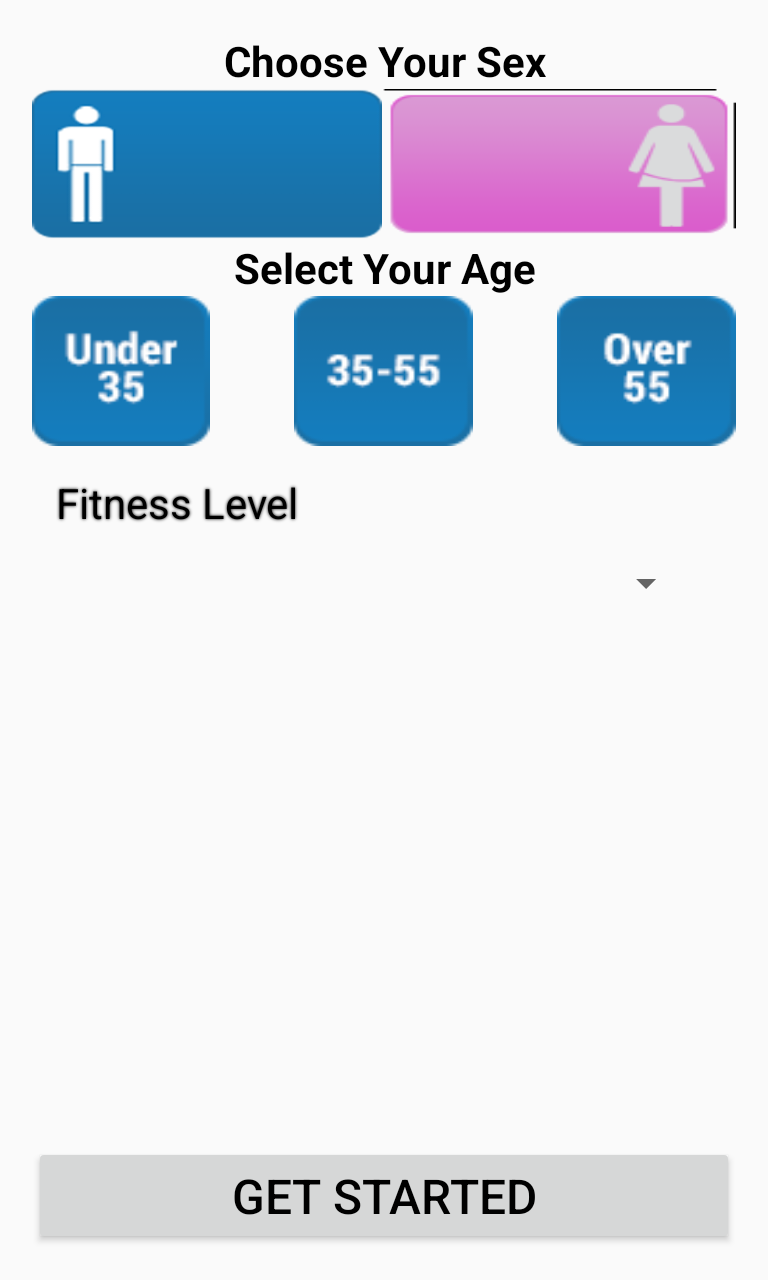
Repository: hackathon-2014/devdroid-repo
Layout: HealthyCompetition/res/layout/profile.xml
An editor plug-in stored every save of this project. The layout is shown before and after the next save, followed by the edit.
It is drawn on a 768 x 1280 px phone screen (xhdpi) without system bars, with theme AppTheme; the app's code is not run.

Above is the layout before, as saved 2014-08-24 00:53:45.

### HealthyCompetition/res/layout/profile.xml
<RelativeLayout xmlns:android="http://schemas.android.com/apk/res/android"
    xmlns:tools="http://schemas.android.com/tools"
    android:layout_width="match_parent"
    android:layout_height="match_parent"
    android:orientation="vertical"
    android:paddingBottom="@dimen/activity_vertical_margin"
    android:paddingLeft="@dimen/activity_horizontal_margin"
    android:paddingRight="@dimen/activity_horizontal_margin"
    android:paddingTop="@dimen/activity_vertical_margin"
    tools:context="com.devdroid.healthycomptest.Profile" >

    <TextView
        android:id="@+id/sex_title"
        android:layout_width="match_parent"
        android:layout_height="wrap_content"
        android:layout_centerHorizontal="true"
        android:gravity="center"
        android:text="Choose Your Sex"
        android:textColor="@color/black"
        android:textSize="21sp"
        android:textStyle="bold" />

    <LinearLayout
        android:id="@+id/sex_strip"
        android:layout_width="fill_parent"
        android:layout_height="wrap_content"
        android:layout_below="@+id/sex_title"
        android:orientation="horizontal" >

        <ImageButton
            android:id="@+id/male_button"
            android:layout_width="wrap_content"
            android:layout_height="75dp"
            android:layout_weight="1"
            android:background="@drawable/male_button" />

        <ImageButton
            android:id="@+id/female_button"
            android:layout_width="wrap_content"
            android:layout_height="75dp"
            android:layout_weight="1"
            android:background="@drawable/female_button_inactive9" />
    </LinearLayout>

    <TextView
        android:id="@+id/age_title"
        android:layout_width="match_parent"
        android:layout_height="wrap_content"
        android:layout_below="@+id/sex_strip"
        android:layout_centerHorizontal="true"
        android:gravity="center"
        android:text="Select Your Age"
        android:textColor="@color/black"
        android:textSize="21sp"
        android:textStyle="bold" />

    <LinearLayout
        android:id="@+id/age_strip"
        android:layout_width="fill_parent"
        android:layout_height="wrap_content"
        android:layout_below="@+id/age_title"
        android:orientation="horizontal"
         >

        <ImageButton
            android:id="@+id/low_age_button"
            android:layout_width="wrap_content"
            android:layout_height="75dp"
            android:layout_weight="1"
            android:layout_marginRight="40dp"
            android:background="@drawable/under35selected" />

        <ImageButton
            android:id="@+id/mid_age_button"
            android:layout_width="wrap_content"
            android:layout_height="75dp"
            android:layout_weight="1"
            android:layout_marginLeft="2dp"
            android:layout_marginRight="2dp"
            android:background="@drawable/to55selected"/>

        <ImageButton
            android:id="@+id/high_age_button"
            android:layout_width="wrap_content"
            android:layout_height="75dp"
            android:layout_weight="1"
            android:layout_marginLeft="40dp"
            android:background="@drawable/over55selected" />
    </LinearLayout>

   <LinearLayout
        android:id="@+id/fitnessLevelLayout"
        android:layout_width="match_parent"
        android:layout_height="wrap_content"
        android:layout_below="@+id/age_strip"
        android:layout_marginBottom="14dp"
        android:layout_marginLeft="12dp"
        android:layout_marginTop="14dp" >

        <TextView
            android:id="@+id/fitness_level"
            android:layout_width="wrap_content"
            android:layout_height="wrap_content"
            android:shadowColor="@color/black"
            android:shadowDx="0.0"
            android:shadowDy="0.0"
            android:shadowRadius="2.0"
            android:layout_gravity="center"
            android:text="Fitness Level"
            android:textColor="@color/black"
            android:textSize="21sp" />
    </LinearLayout>

    <Spinner
        android:id="@+id/fitnessSpinner"
        android:layout_width="match_parent"
        android:layout_height="wrap_content"
        android:layout_below="@+id/fitnessLevelLayout"
        android:layout_marginLeft="21dp"
        android:layout_marginRight="21dp"
        android:gravity="center"
        android:textSize="21sp" />

    <Button
        android:id="@+id/finalize_profile"
        android:layout_width="match_parent"
        android:layout_height="wrap_content"
        android:layout_alignParentBottom="true"
        android:text="Get Started"
        android:textColor="@color/black"
        android:textSize="24sp" />

</RelativeLayout>

### HealthyCompetition/res/values/color.xml
<?xml version="1.0" encoding="utf-8"?>
<resources>

    <color name="light_red">#C7282E</color>
    <color name="black">#000000</color>
    <color name="green">#00FF00</color>
    <color name="white">#FFFFFF</color>
    <color name="light_black">#101010</color>
    <color name="dark_gray">#303030</color>
    <color name="orange">#FFA114</color>
    <color name="dark_blue">#0F0CE8</color>
    <color name="med_blue">#007ACC</color>
    <color name="silver">#C2D6D6</color>
    <color name="gray">#999966</color>
    <color name="blue">#66FFFF</color>
    <color name="red">#FF0000</color>
    <color name="clear">#0000</color>
    <color name="clear_gray">#DD000000</color>

</resources>

Loaded but not shown: HealthyCompetition/res/values/styles.xml (common file); HealthyCompetition/res/values-v11/styles.xml (common file); HealthyCompetition/res/values-v14/styles.xml (common file); HealthyCompetition/res/values/dimens.xml (common file); HealthyCompetition/res/values-w820dp/dimens.xml (common file)

After the next save:
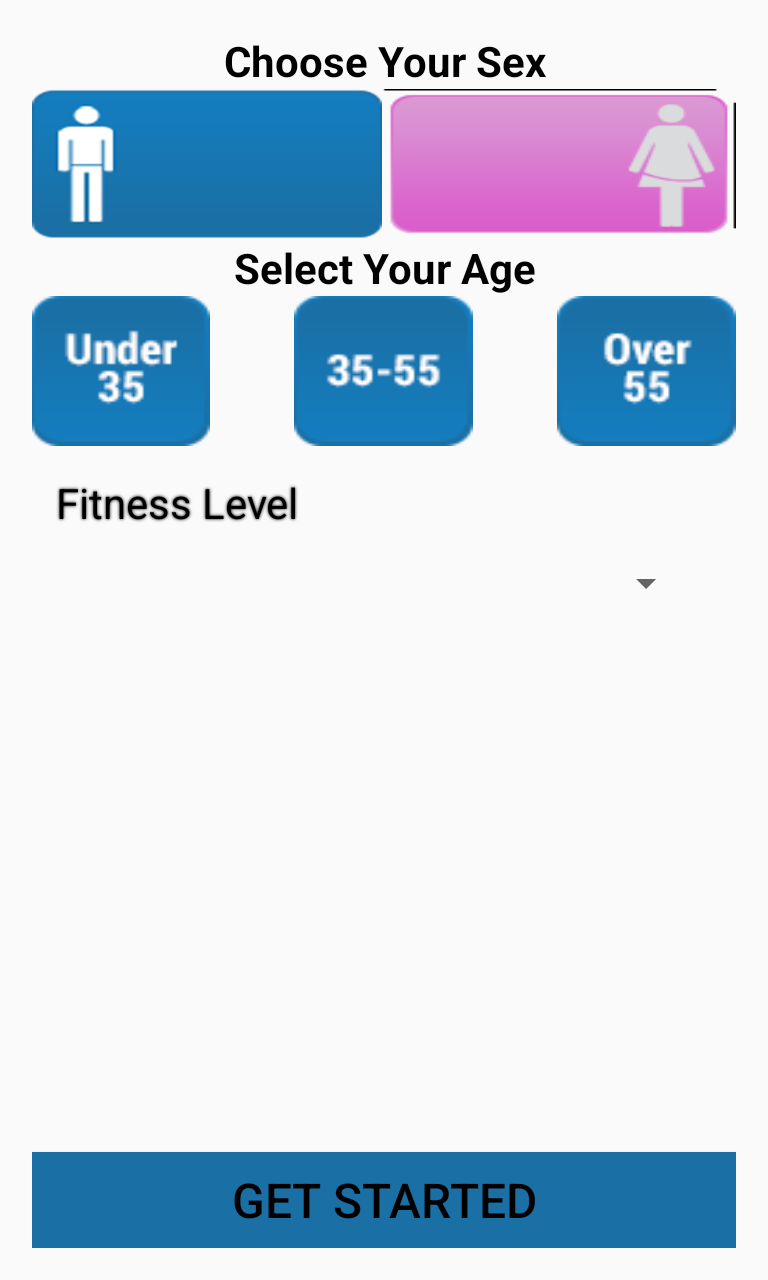
Saved 44 s later.
--- a/HealthyCompetition/res/layout/profile.xml
+++ b/HealthyCompetition/res/layout/profile.xml
@@ -128,6 +128,7 @@
         android:layout_alignParentBottom="true"
         android:text="Get Started"
         android:textColor="@color/black"
+        android:background="#1A6FA4"
         android:textSize="24sp" />
 
 </RelativeLayout>
